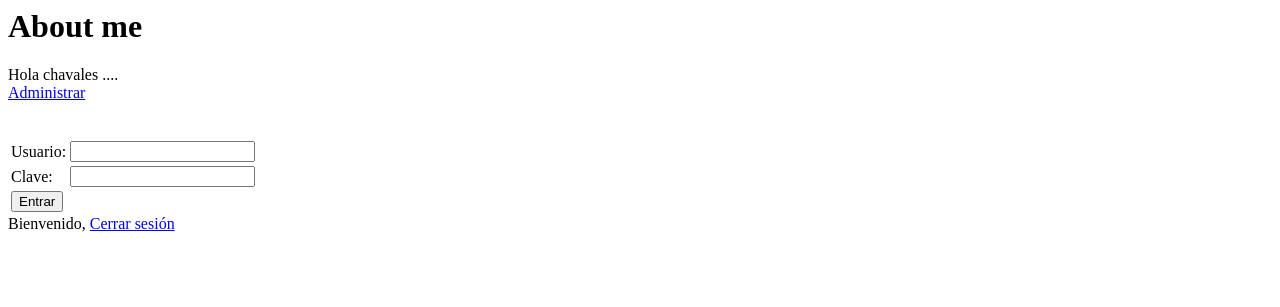
Repository: alruis/IJavaDreamBlog
Page: http://localhost/IJavaBlog/jsp/blog/enlaces.jsp
An editor plug-in stored every save of this project. The page is shown before and after the next save, followed by the edit.
The browser window is 1280 px wide. The pictures show the whole page.
The page is served by Tomcat 9. Nobody is signed in. The application's start-up code is not run.

Above is the page before, as saved 2014-09-26 13:53:54.

After the next save:
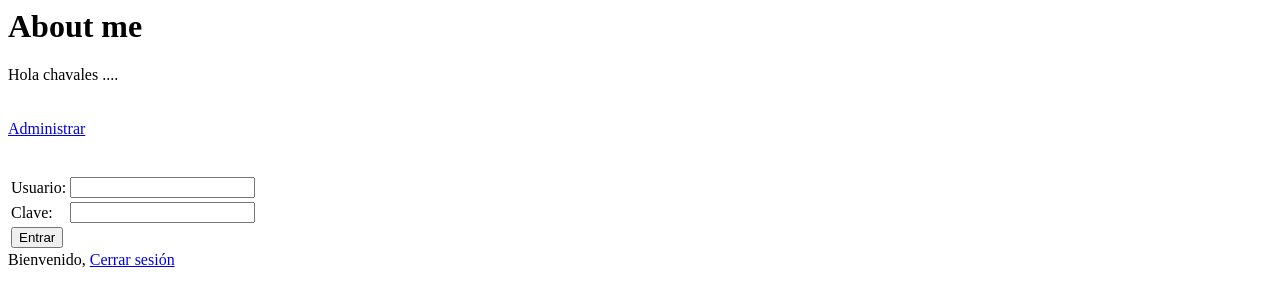
Saved 12 s later.
--- a/IJavaBlog/WebContent/jsp/blog/enlaces.jsp
+++ b/IJavaBlog/WebContent/jsp/blog/enlaces.jsp
@@ -4,7 +4,8 @@
 <div>
 	<h1>About me</h1>	Hola chavales ....
 </div>
-
+	</br>
+	</br>
 	<div>
 	<a href="administrar.blog"> Administrar</a>
 	</div>
